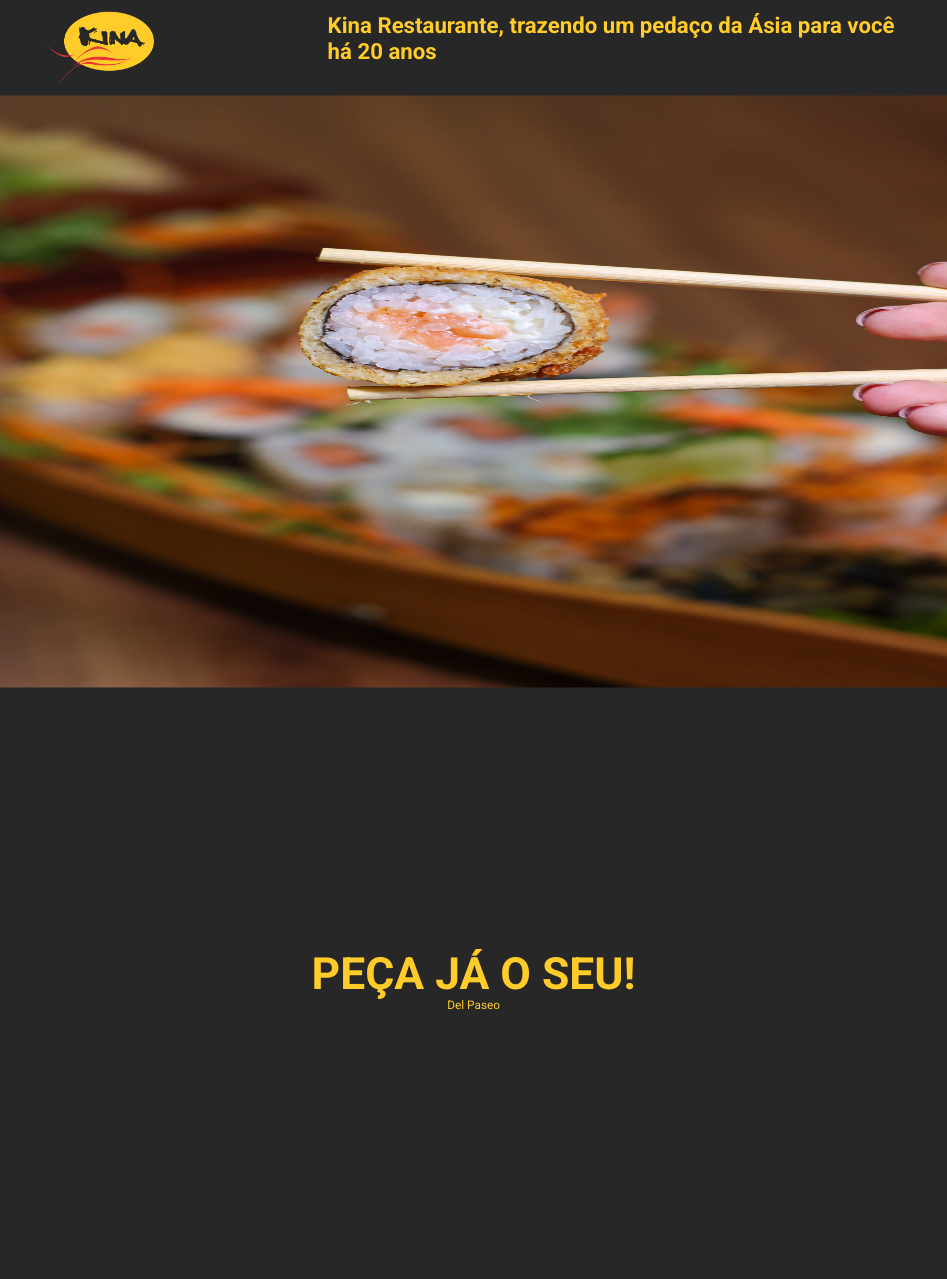
Repository: chidekina/kina-page
Page: index.html
The author's editor kept a copy of each file at every save. The page is drawn from the files as they stood at one save, then again after a run of saves.
The browser window is 1280 px wide. The pictures show the whole page, at 74% of full size.

Above is the page before, as saved 2025-03-20 16:40:39.

After the next 4 saves:
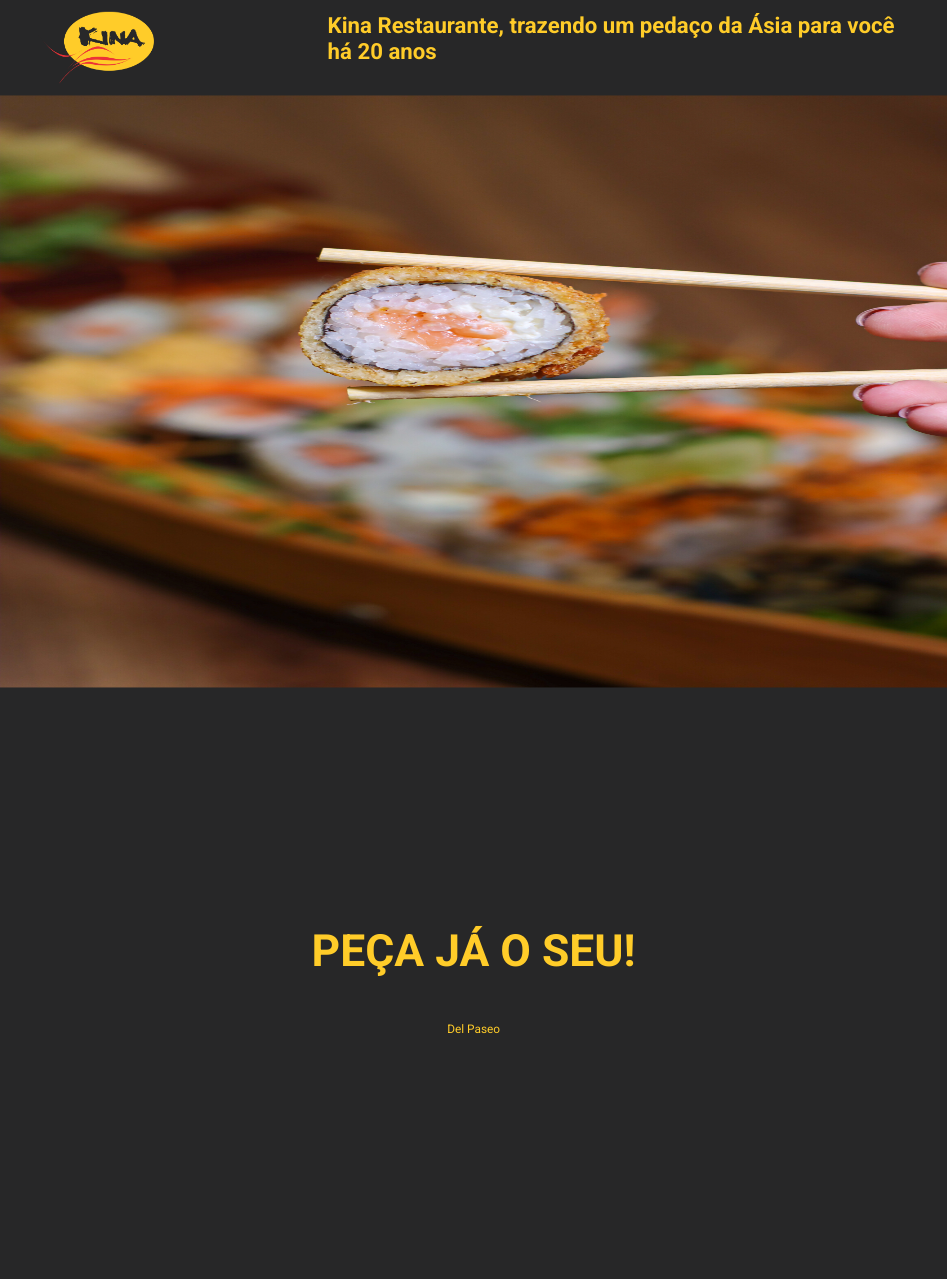
The 4 saves are shown as one change because they came seconds apart.
The last was saved 17 s later.
--- a/index.html
+++ b/index.html
@@ -22,7 +22,7 @@
     </header>
     <img src="/assets/pictures/IMG_5172.JPG" class="w-full h-200">
     <div class="flex justify-center items-center h-200 flex-col">
-        <h1 class="font-bold text-6xl">PEÇA JÁ O SEU!</h1>
+        <h1 class="font-bold text-6xl mb-16">PEÇA JÁ O SEU!</h1>
         <ul>
             <li>
                 <a href="https://www.ifood.com.br/delivery/fortaleza-ce/kina-del-paseo-aldeota/053acccc-102c-4b47-b6df-b3ddc8d6c0f6" target="_blank">
